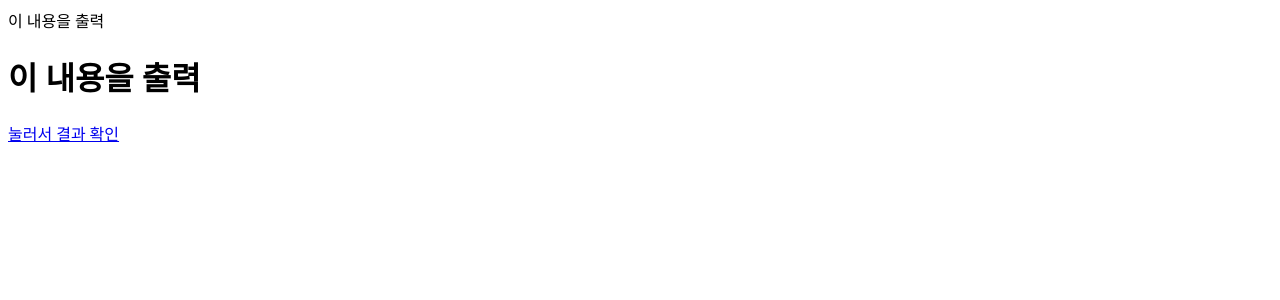
Repository: dychung1021/newrepository
Page: http://localhost/JSP03/
The author's editor kept a copy of each file at every save. The page is drawn from the files as they stood at one save, then again after the next save.
The browser window is 1280 px wide. The pictures show the whole page.
The page is served by Tomcat 9.

Above is the page before, as saved 2024-05-10 00:53:11.

After the next save:
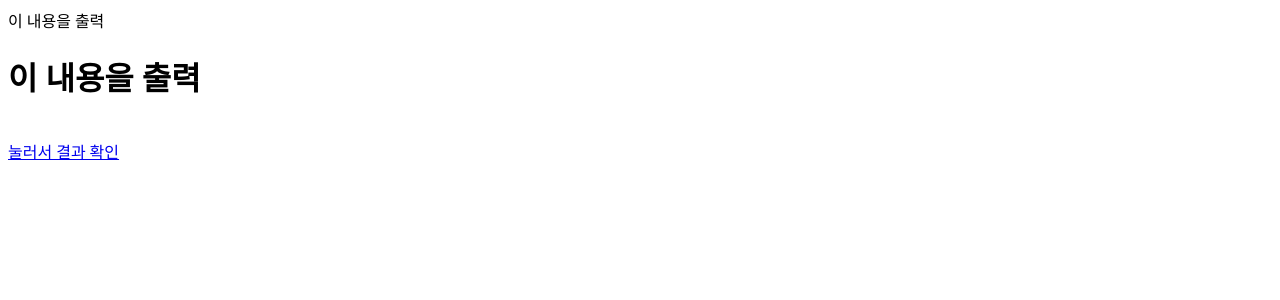
Saved 2 min 33 s later.
--- a/JSP/JSP03/src/main/webapp/index.jsp
+++ b/JSP/JSP03/src/main/webapp/index.jsp
@@ -9,11 +9,14 @@
 <body>
  	<%
  	String data ="이 내용을 출력";
+ 	int number=9876;
  	%>
 	<% out.print(data); %>
 	<br>
 	<h1><%=data %></h1>
-	<a href="result.jsp?test=<%=data%>">눌러서 결과 확인</a>
+	<br>
+
+	<a href="result.jsp?test=<%=data%>&num<%=number%>">눌러서 결과 확인</a>
 	<!-- 127.0.0.1/JSP03/result.jsp? 검색어=데이터 -->
 	<!-- GET방식의 데이터 전송방법 -->
 </body>
